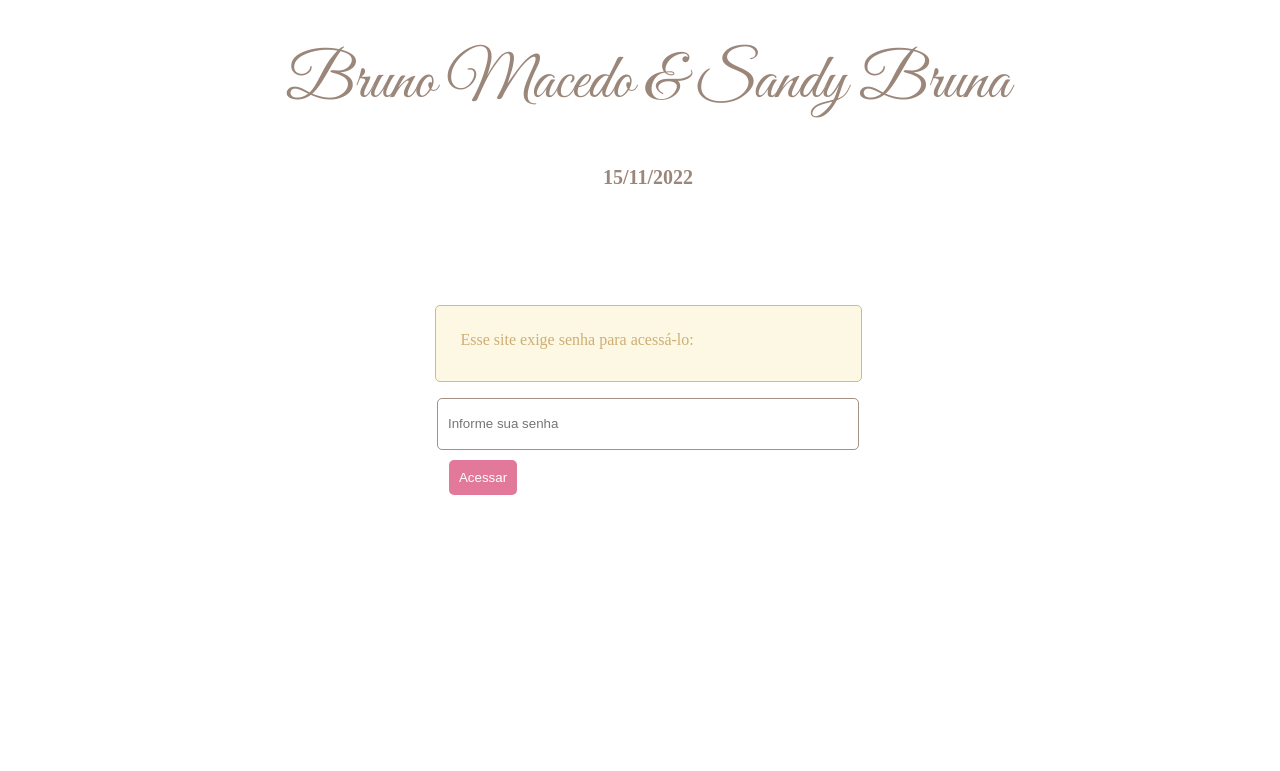
Repository: FerrazNathan/projetoBruno
Page: /login (app in projeto-bruno/)
These files come from the project's save history. The page is drawn as it stood at one moment and after the next save; the edit follows.
The browser window is 1280 px wide. The pictures show the whole page.
Some web fonts or font styles are not loaded; a fallback is used. The project was rebuilt for these pictures with package versions that can differ from the ones it lists, and the page was loaded fresh each time. The framework's server and built-in components were replaced by stand-ins that run in the browser. Also part of the build but not shown: projeto-bruno/next.config.js.

Above is the page before, as saved 2022-03-16 12:57:41.

### projeto-bruno/pages/_document.js
import Document, { Head, Main, NextScript } from 'next/document';
// Import styled components ServerStyleSheet
import { ServerStyleSheet } from 'styled-components';

export default class MyDocument extends Document {
  static getInitialProps({ renderPage }) {
    // Step 1: Create an instance of ServerStyleSheet
    const sheet = new ServerStyleSheet();

    // Step 2: Retrieve styles from components in the page
    const page = renderPage((App) => (props) =>
      sheet.collectStyles(<App {...props} />),
    );

    // Step 3: Extract the styles as <style> tags
    const styleTags = sheet.getStyleElement();

    // Step 4: Pass styleTags as a prop
    return { ...page, styleTags };
  }

  render() {
    return (
      <html>
        <Head>
          {/* Step 5: Output the styles in the head  */}
          {this.props.styleTags}
          <link rel="preconnect" href="https://fonts.googleapis.com" />
          <link rel="preconnect" href="https://fonts.gstatic.com" crossorigin />
          <link href="https: //fonts.googleapis.com/css2? family= Dancing+Script:wght@600 & display=swap" rel="stylesheet" />
        </Head>
        <body>
          <Main />
          <NextScript />
        </body>
      </html>
    );
  }
}

### projeto-bruno/pages/login.js
import React from 'react'
import Head from 'next/head'
import Form from '../components/Login'
import * as S from '../styles/styleLogin'


export default function Login() {
  return (
    <>
      <Head>
        <title>Login</title>
      </Head>
      <S.Content>
        <S.Box>
          <S.Title>Bruno Macedo & Sandy Bruna</S.Title>
          <p>15/11/2022</p>
        </S.Box>
        <Form />
      </S.Content>
    </>
  )
}

### projeto-bruno/styles/globals.css
@import url('https://fonts.googleapis.com/css2?family=Dancing+Script:wght@400;500;600&family=Source+Serif+Pro:wght@200;400&display=swap');
@import url('https://fonts.googleapis.com/css2?family=Dancing+Script:wght@400;500;600&family=Great+Vibes&family=Source+Serif+Pro:wght@200;400&display=swap');
@import url('https://fonts.googleapis.com/css2?family=Dancing+Script:wght@400;500;600&family=Great+Vibes&family=Nunito+Sans:wght@200;300;400;600;700&family=Source+Serif+Pro:wght@200;400&display=swap');

### projeto-bruno/components/Login/index.js
import React, { useState } from 'react'
import { useRouter } from 'next/router'
import * as S from './styles'

export default function Form() {

  const [password, setPassword] = useState('')
  const acesso = '9876543210'
  const redirect = useRouter()

  const submit = (event) => {
    event.preventDefault()

    if (password === acesso) {
      localStorage.setItem('logged', 'isLogged')
      redirect.push('/')
    }
  }

  return (
    <S.Container onSubmit={submit}>
      <S.Title>Esse site exige senha para acessá-lo:</S.Title>
      <S.Input
        type="password"
        placeholder="Informe sua senha"
        value={password}
        onChange={(event) => setPassword(event.target.value)}
      />
      <S.Button type='submit'>Acessar</S.Button>
    </S.Container>
  )
}

### projeto-bruno/styles/styleLogin.js
import styled from 'styled-components'

export const Content = styled.body`
  /* background-image: url(/src/assets/indice.jpeg); */
  width: 100%;
  height: 100vh;
`

export const Box = styled.div`
  & p {
    color: #9b867a;
    font-size: 20px;
    font-weight: 600;
    text-align: center;
    font-family: 'Source Serif Pro', serif;
  }
`

export const Title = styled.h1`
  font-family: 'Great Vibes', cursive;
  color: #9b867a;
  font-size: 64px;
  font-weight: 400;
  text-align: center;
`

### projeto-bruno/components/Login/styles.js
import styled from 'styled-components';

export const Container = styled.form`
  max-width: 1200px;
  width: 100%;
  margin: 100px auto;
  display: flex;
  align-items: center;
  justify-content: center;
  flex-direction: column;
`

export const Title = styled.p`
  color: #ceae74;
  background-color: #fcf8e3;
  width: 375px;
  height: 25px;
  border-radius: 5px;
  padding: 25px;
  border: 1px solid #d5b985;
  font-weight: 500;
`

export const Input = styled.input`
  width: 400px;
  height: 30px;
  border-radius: 5px;
  border: 1px solid #a49186;
  margin-bottom: 10px;
  outline: 0;
  padding: 10px;
  cursor: pointer;
  &:focus{
    background-color: #e8f0fe;
  }
`

export const Button = styled.button`
  background-color: #e2799b;
  color: #FFF;
  border-radius: 5px;
  border: none;
  padding: 10px;
  margin-right: 330px;
  cursor: pointer;
`

Loaded but not shown: projeto-bruno/pages/_app.js (common file)

After the next save:
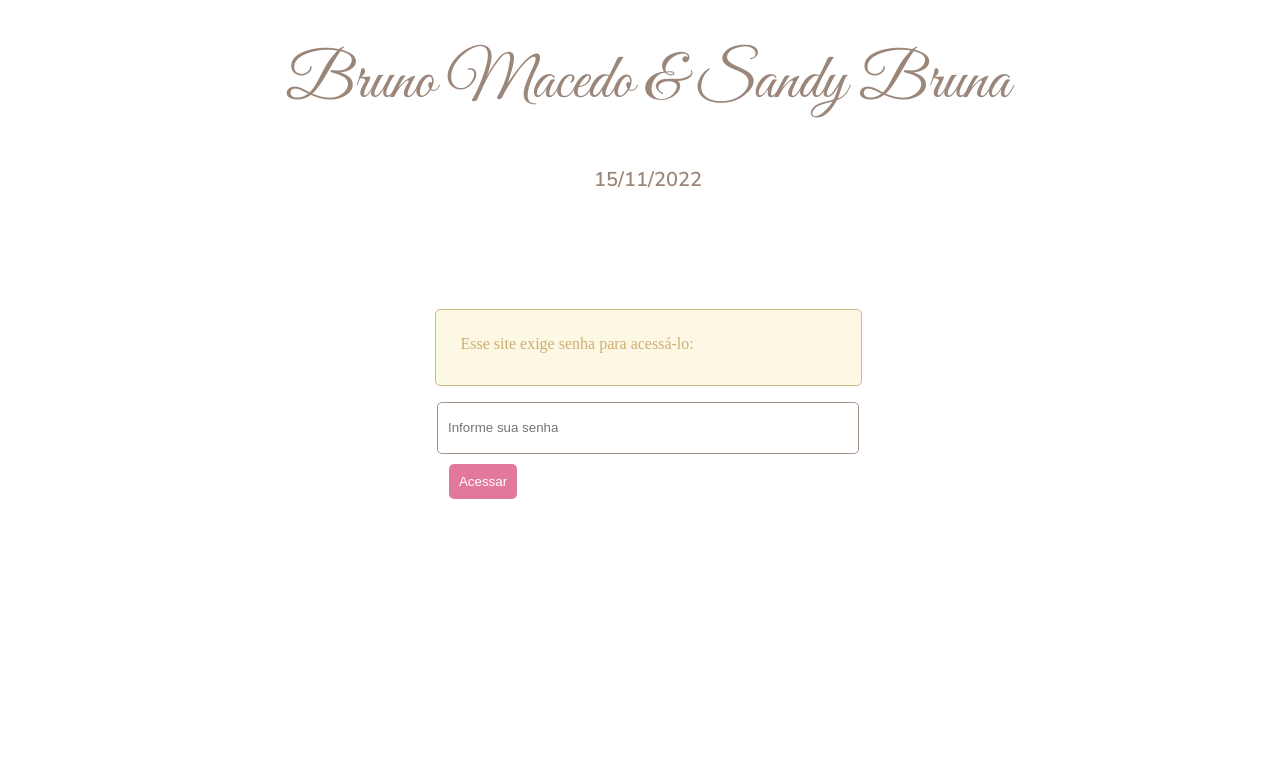
Saved 36 s later.
--- a/projeto-bruno/styles/styleLogin.js
+++ b/projeto-bruno/styles/styleLogin.js
@@ -12,8 +12,7 @@ export const Box = styled.div`
     font-size: 20px;
     font-weight: 600;
     text-align: center;
-    font-family: 'Source Serif Pro', serif;
-  }
+    font-family: 'Nunito Sans', sans-serif;  }
 `
 
 export const Title = styled.h1`
